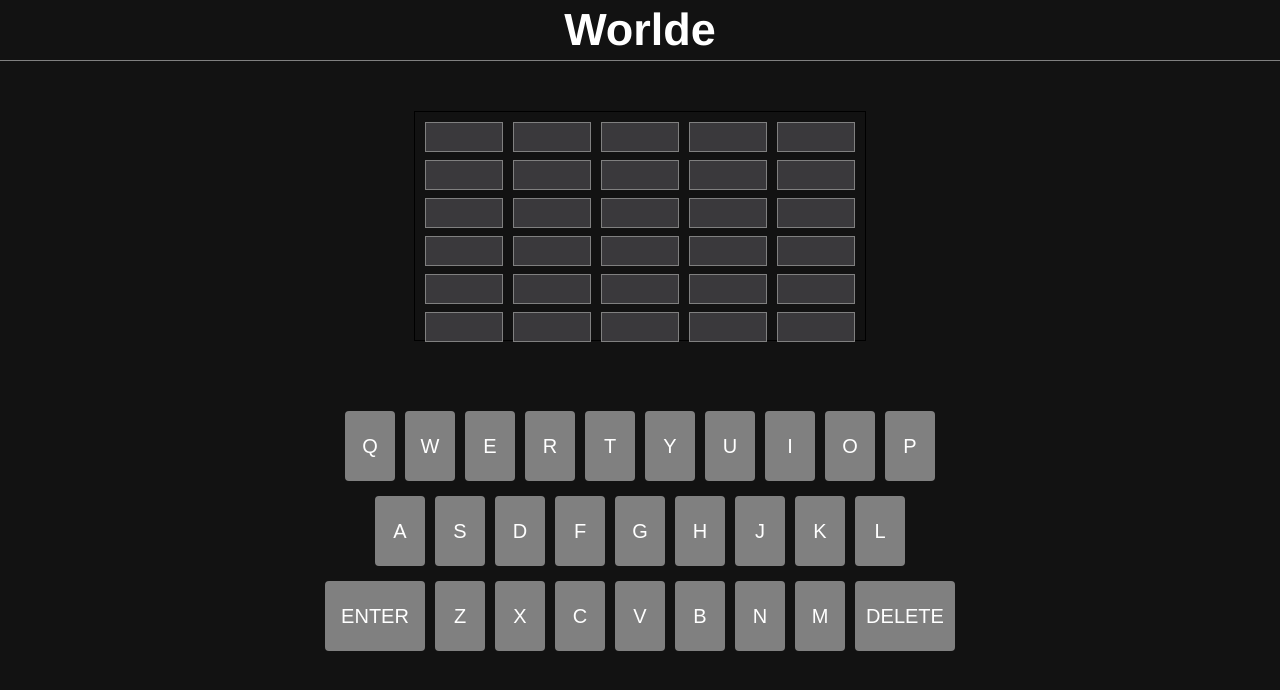
Repository: azizdeghais/Wordle
Page: /
These files come from the project's save history. The page is drawn as it stood at one moment and after a run of saves; the edit follows.
The browser window is 1280 px wide. The pictures show the whole page.
The project was rebuilt for these pictures with package versions that can differ from the ones it lists, and the page was loaded fresh each time.

Above is the page before, as saved 2022-12-04 11:13:33.

### src/App.js
import "./App.css";
import Board from "./Components/Board";
import Keyboard from "./Components/Keyboard";
import { createContext, useState } from "react";
import { boardDefault } from "./Words";

export const AppContext = createContext();

function App() {
  const [board, setBoard] = useState(boardDefault);
  const [currAttempt, setCurrAttempt]=useState({attempt : 0,letterPos:0})

  const correctWord= "RIGHT";

  const onSelectLetter = (keyVal) =>{
    const newBoard = [...board];
    newBoard[currAttempt.attempt][currAttempt.letterPos] = keyVal;
    setBoard(newBoard);
    setCurrAttempt({ ...currAttempt, letterPos: currAttempt.letterPos + 1 });
  }

  const onDelete = () =>{
    if ( currAttempt.letterPos===0) return;
    const newBoard = [...board];
    newBoard[currAttempt.attempt][currAttempt.letterPos-1] = '';
    setBoard(newBoard)
    setCurrAttempt({...currAttempt,letterPos:currAttempt.letterPos -1})

  }

  const onEnter = () =>{
      if ( currAttempt.letterPos!==5) return;
     setCurrAttempt({attempt: currAttempt.attempt+1,letterPos:currAttempt.letterPos = 0})
  }


  return (
    <div className="App">
      <nav>
        <h1>Worlde</h1>
      </nav>

      <AppContext.Provider value={{ correctWord,board, setBoard,currAttempt, setCurrAttempt,onDelete,onSelectLetter,onEnter }}>
        <div className="game">
          <Board />
          <Keyboard />
        </div>
      </AppContext.Provider>
    </div>
  );
}

export default App;

### src/Components/Board.js
import React,{useState} from 'react'
import { boardDefault } from '../Words'
import Letter  from './Letter';

function Board() {


  return (
    <div className='board'>
        <div className='row'>
          <Letter letterPos={0} attemptVal={0}></Letter>
          <Letter letterPos={1} attemptVal={0}></Letter>
          <Letter letterPos={2} attemptVal={0}></Letter>
          <Letter letterPos={3} attemptVal={0}></Letter>
          <Letter letterPos={4} attemptVal={0}></Letter>
          </div>
        <div className='row'>
          <Letter letterPos={0} attemptVal={1}></Letter>
          <Letter letterPos={1} attemptVal={1}></Letter>
          <Letter letterPos={2} attemptVal={1}></Letter>
          <Letter letterPos={3} attemptVal={1}></Letter>
          <Letter letterPos={4} attemptVal={1}></Letter>
          </div>
        <div className='row'>
          <Letter letterPos={0} attemptVal={2}></Letter>
          <Letter letterPos={1} attemptVal={2}></Letter>
          <Letter letterPos={2} attemptVal={2}></Letter>
          <Letter letterPos={3} attemptVal={2}></Letter>
          <Letter letterPos={4} attemptVal={2}></Letter>
          </div>
        <div className='row'>
          <Letter letterPos={0} attemptVal={3}></Letter>
          <Letter letterPos={1} attemptVal={3}></Letter>
          <Letter letterPos={2} attemptVal={3}></Letter>
          <Letter letterPos={3} attemptVal={3}></Letter>
          <Letter letterPos={4} attemptVal={3}></Letter>
          </div>
        <div className='row'>
          <Letter letterPos={0} attemptVal={4}></Letter>
          <Letter letterPos={1} attemptVal={4}></Letter>
          <Letter letterPos={2} attemptVal={4}></Letter>
          <Letter letterPos={3} attemptVal={4}></Letter>
          <Letter letterPos={4} attemptVal={4}></Letter>
          </div>
        <div className='row'>
          <Letter letterPos={0} attemptVal={5}></Letter>
          <Letter letterPos={1} attemptVal={5}></Letter>
          <Letter letterPos={2} attemptVal={5}></Letter>
          <Letter letterPos={3} attemptVal={5}></Letter>
          <Letter letterPos={4} attemptVal={5}></Letter>
          </div>
    </div>
  )
}

export default Board

### src/Components/Keyboard.js
import React,{useContext,useCallback, useEffect} from "react";
import Key from "./Key";
import{AppContext} from '../App';


function Keyboard() {

  const {onEnter,onDelete,onSelectLetter}=useContext(AppContext);

  const keys1 = ["Q", "W", "E", "R", "T", "Y", "U", "I", "O", "P"];
  const keys2 = ["A", "S", "D", "F", "G", "H", "J", "K", "L"];
  const keys3 = ["Z", "X", "C", "V", "B", "N", "M"];

const handleKeyboard = useCallback(
  (event)=> {

  if (event.key==='ENTER'){
    onEnter()
  }
  else if (event.key==='Backspace'){
    onDelete()
  }
  else{
    keys1.forEach((key)=>{
      if ( event.key.toLowerCase()===key.toLowerCase()){
        onSelectLetter(key)
      }
    })
    keys2.forEach((key)=>{
      if ( event.key.toLowerCase()===key.toLowerCase()){
        onSelectLetter(key)
      }
    })
    keys3.forEach((key)=>{
      if ( event.key.toLowerCase()===key.toLowerCase()){
        onSelectLetter(key)
      }
    })
  }
});
useEffect(() => {
  document.addEventListener("keydown", handleKeyboard);

  return () => {
    document.removeEventListener("keydown", handleKeyboard);
  };
}, [handleKeyboard]);





  return(
    <div className="keyboard" onKeyDown={handleKeyboard}>
      <div className="line1">
        {keys1.map((key) => {
          return <Key keyVal={key} />;
        })}
      </div>
      <div className="line2">
        {keys2.map((key) => {
          return <Key keyVal={key}/>;
        })}
      </div>
      <div className="line3">
        <Key keyVal={"ENTER"} bigKey/>
        {keys3.map((key) => {
          return <Key keyVal={key} />;
        })}
        <Key keyVal={"DELETE"} bigKey />
      </div>
    </div>
  );
}

export default Keyboard;

### src/Words.js
export const boardDefault = [
    ["", "", "", "", ""],
    ["", "", "", "", ""],
    ["", "", "", "", ""],
    ["", "", "", "", ""],
    ["", "", "", "", ""],
    ["", "", "", "", ""],
  ];

### src/Components/Letter.js
import React,{useContext} from 'react'
import App, {AppContext} from '../App'

function Letter({letterPos,attemptVal}) {
  const {board,correctWord}=useContext(AppContext);
  const letter = board[attemptVal][letterPos]


  const correct =  correctWord[letterPos] === letter
  const almost= !correct && letter !="" && correctWord.includes(letter)
  const letterState= correct ? "correct": almost ? "almost": "error"
  return (
    <div id={letterState} className='letter'>{letter}</div>
  )
}

export default Letter

### src/Components/Key.js
import React, { useContext } from "react";
import { AppContext } from "../App";

function Key({ keyVal, bigKey }) {
  const { onEnter,onDelete,onSelectLetter } =
    useContext(AppContext);

  const selectLetter = () => {
    if (keyVal === "ENTER") {
      onEnter()
    } else if (keyVal==="DELETE"){
      onDelete()
    }
    else {
      onSelectLetter(keyVal)
    }
  };
  return (
    <div className="key" id={bigKey && "big"} onClick={selectLetter}>
      {keyVal}
    </div>
  );
}

export default Key;

Loaded but not shown: public/index.html (common file); src/index.js (common file); src/reportWebVitals.js (common file); src/App.css (common file)

After the next 2 saves:
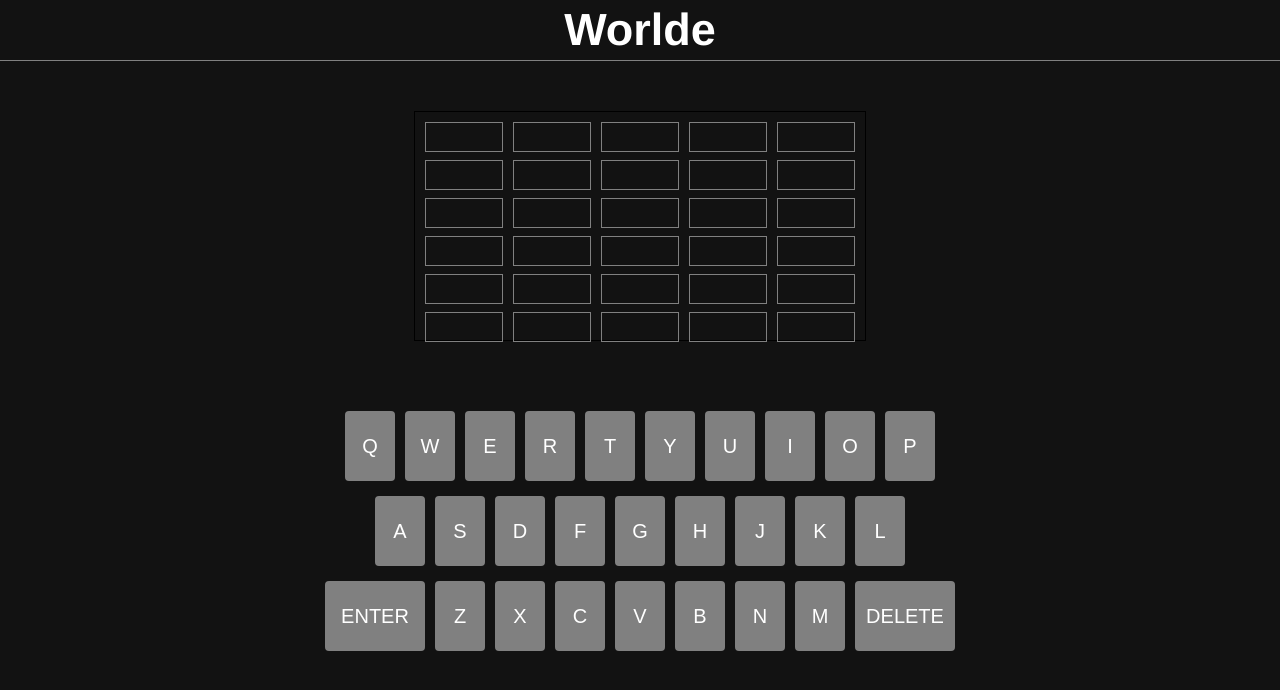
The 2 saves are shown as one change because they came seconds apart.
The last was saved 52 s later.
--- a/src/Components/Letter.js
+++ b/src/Components/Letter.js
@@ -2,13 +2,13 @@
 import App, {AppContext} from '../App'
 
 function Letter({letterPos,attemptVal}) {
-  const {board,correctWord}=useContext(AppContext);
+  const {board,correctWord,currAttempt}=useContext(AppContext);
   const letter = board[attemptVal][letterPos]
 
 
   const correct =  correctWord[letterPos] === letter
   const almost= !correct && letter !="" && correctWord.includes(letter)
-  const letterState= correct ? "correct": almost ? "almost": "error"
+  const letterState= currAttempt.attempt >(correct ? "correct": almost ? "almost": "error")
   return (
     <div id={letterState} className='letter'>{letter}</div>
   )
